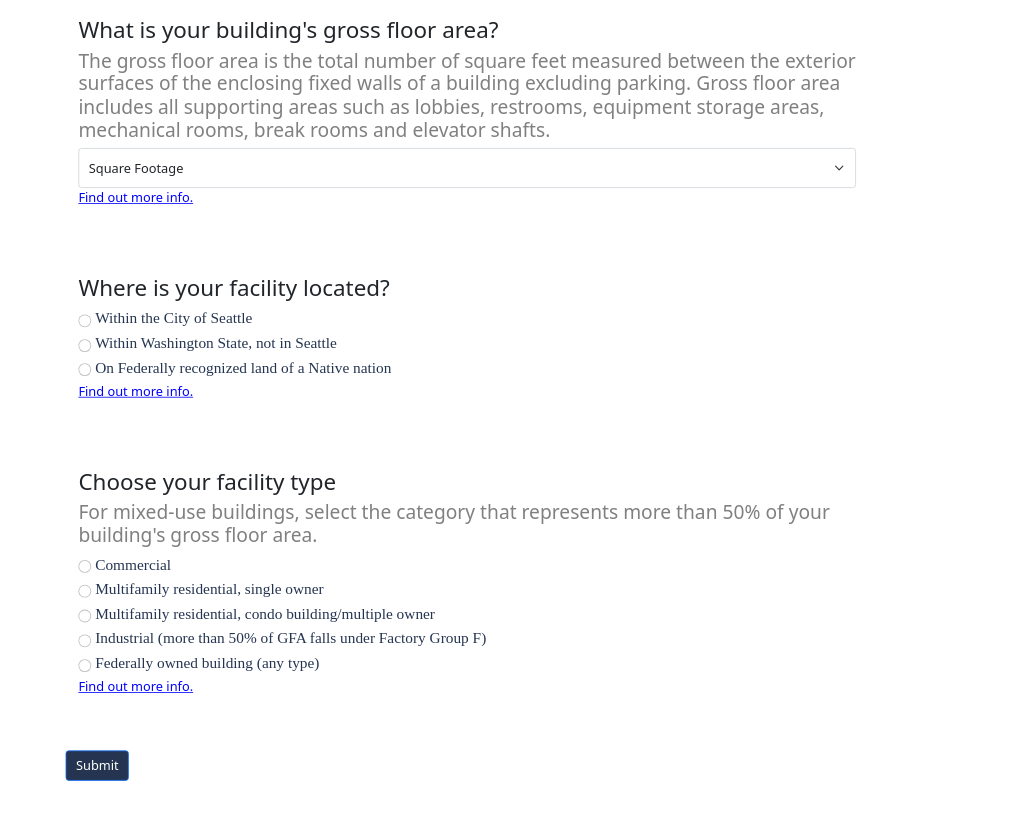
Repository: ChaidGPT/SershonSystemsQuiz
Page: index.html
An editor plug-in stored every save of this project. The page is shown before and after the next save, followed by the edit.
The browser window is 1280 px wide. The pictures show the whole page, at 80% of full size.

Above is the page before, as saved 2023-07-17 12:12:55.

After the next save:
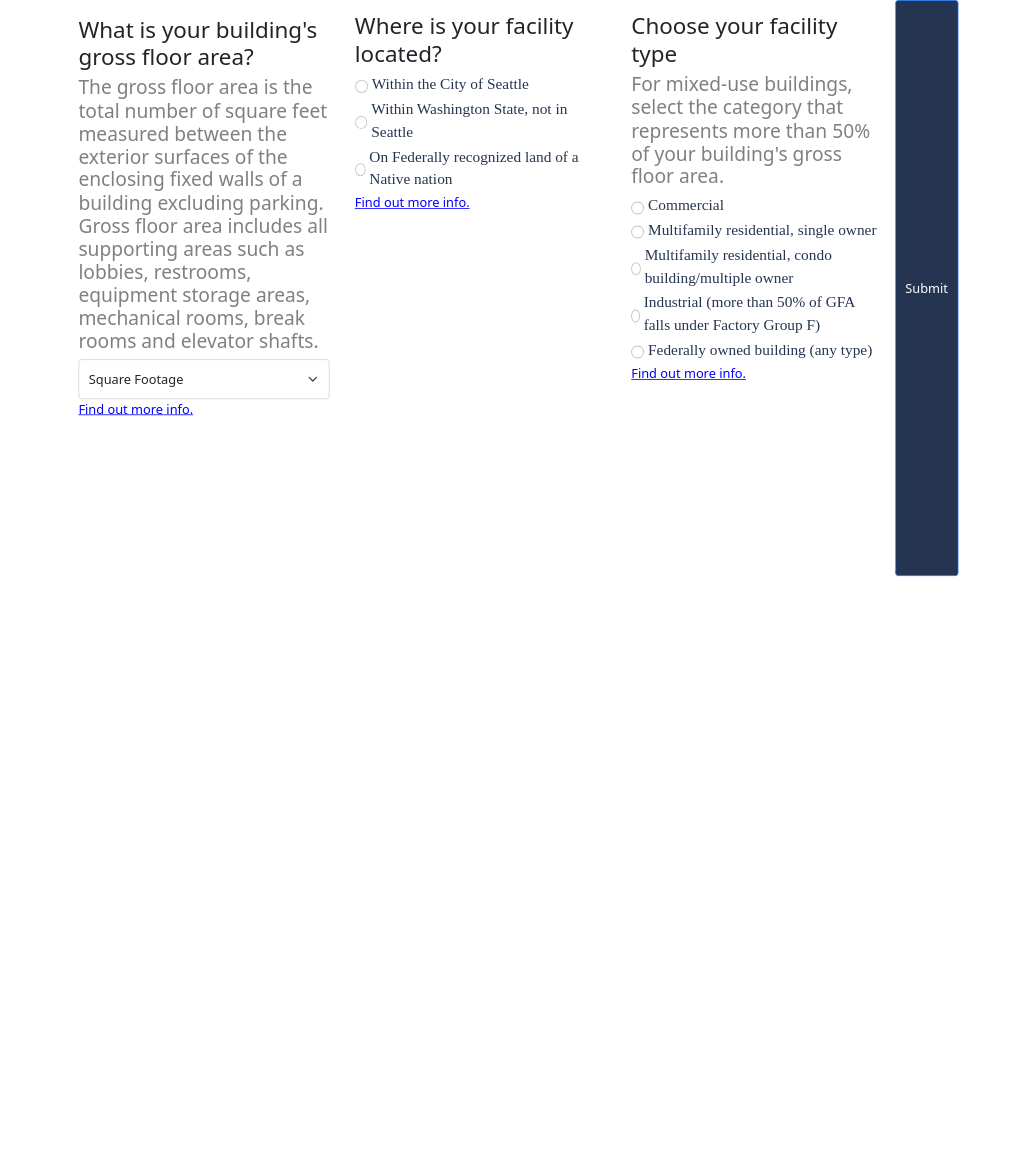
Saved 9 min 9 s later.
--- a/index.html
+++ b/index.html
@@ -6,6 +6,13 @@
 	<title>Quiz</title>
 	<link rel="stylesheet" href="https://cdn.jsdelivr.net/npm/bootstrap@5.0.2/dist/css/bootstrap.min.css">
 	<style>
+
+  #quizContainer {
+    display: flex;
+    align-items: left;
+    justify-content: left;
+    height: 100vh;
+  }
 	.card {
 		width: 90%;
         border: none;
@@ -61,18 +68,31 @@
 }
 
 #resultContainer {
-  overflow-y: auto;
+  display: none;
+  flex-direction: column;
+  align-items: left;
+  justify-content: left;
+  height: 100vh;
 }
 
 #resultMessage {
   text-align: justify;
   font-size: 12px;
+  margin-bottom: 20px;
 }
 .card p {
   color: #253551;
 }
 .card h4 {
   color:grey;
+}
+@keyframes fade {
+  from {
+    opacity: 0;
+  }
+  to {
+    opacity: 1;
+  }
 }
 	</style>
 </head>

After the save that followed:
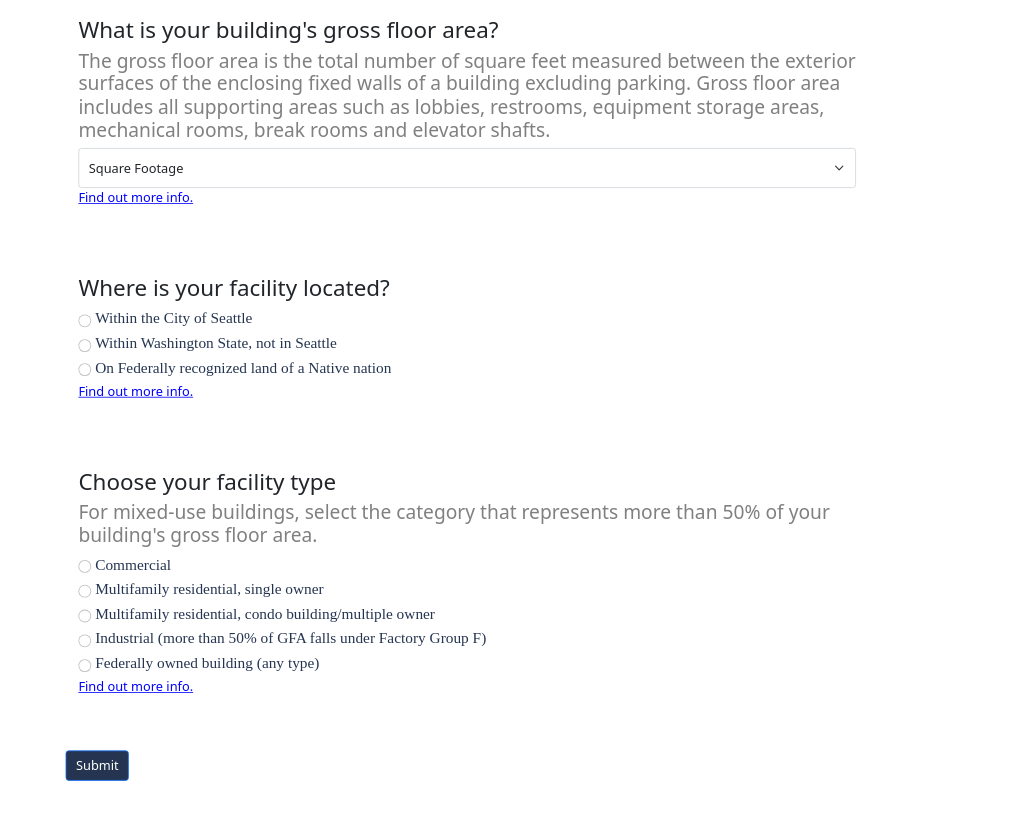
Saved 76 s later.
--- a/index.html
+++ b/index.html
@@ -6,13 +6,6 @@
 	<title>Quiz</title>
 	<link rel="stylesheet" href="https://cdn.jsdelivr.net/npm/bootstrap@5.0.2/dist/css/bootstrap.min.css">
 	<style>
-
-  #quizContainer {
-    display: flex;
-    align-items: left;
-    justify-content: left;
-    height: 100vh;
-  }
 	.card {
 		width: 90%;
         border: none;
@@ -68,31 +61,18 @@
 }
 
 #resultContainer {
-  display: none;
-  flex-direction: column;
-  align-items: left;
-  justify-content: left;
-  height: 100vh;
+  overflow-y: auto;
 }
 
 #resultMessage {
   text-align: justify;
   font-size: 12px;
-  margin-bottom: 20px;
 }
 .card p {
   color: #253551;
 }
 .card h4 {
   color:grey;
-}
-@keyframes fade {
-  from {
-    opacity: 0;
-  }
-  to {
-    opacity: 1;
-  }
 }
 	</style>
 </head>
@@ -453,28 +433,15 @@
 document.querySelector("#goBackBtn").addEventListener("click", function(event) {
   event.preventDefault();
 
-  // Hide the result container with fade animation
-  var resultContainer = document.getElementById('resultContainer');
-  resultContainer.classList.add('fade');
+  // Reload the page
+  location.reload();
+
+  // Scroll to the top of the page with a smooth scrolling animation
   setTimeout(function() {
-    resultContainer.style.display = 'none';
-    resultContainer.classList.remove('fade');
-  }, 1000); // Adjust the delay (in milliseconds) to match the animation duration
-
-  // Show the quiz container with fade animation
-  var quizContainer = document.getElementById('quizContainer');
-  quizContainer.style.display = 'flex';
-  quizContainer.classList.add('fade');
-  setTimeout(function() {
-    quizContainer.classList.remove('fade');
-  }, 1000); // Adjust the delay (in milliseconds) to match the animation duration
-
-  // Scroll to the top of the page with a smooth scrolling animation
-  window.scrollTo({ top: 600, behavior: 'smooth' });
+    window.scrollTo({ top: 1200, behavior: 'smooth' });
+  }, 0); // Delay the scrolling by a short duration (0 milliseconds) to ensure it occurs after the page reloads
 });
 
-
-
 </script>
 
 </body>
